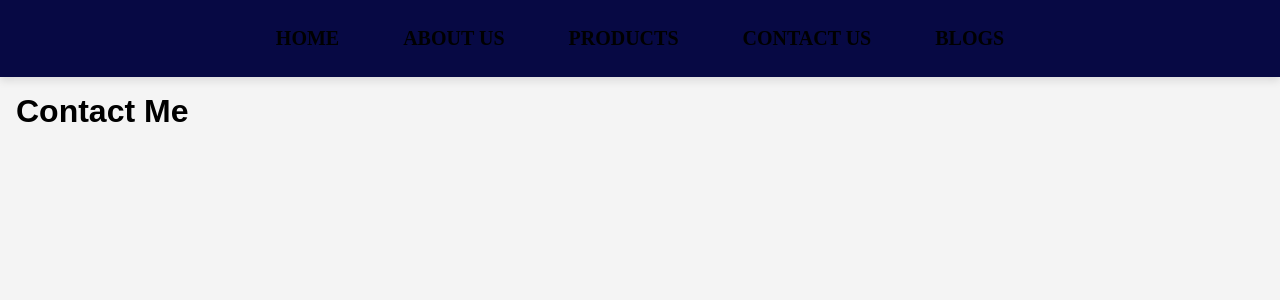
Repository: SharonSebastian32/ecommerce-web-using-react-framework
Page: /contact
An editor plug-in stored every save of this project. The page is shown before and after the next save, followed by the edit.
The browser window is 1280 px wide. The pictures show the whole page.
Some web fonts or font styles are not loaded; a fallback is used. The project was rebuilt for these pictures with package versions that can differ from the ones it lists, and the page was loaded fresh each time. Also part of the build but not shown: src/Style/homeStyle.css, src/pages/Home.jsx, src/pages/Blogs.jsx, src/pages/NoPage.jsx, src/pages/About.jsx, src/ProductPage/productCard.jsx, src/ProductPage/productPage.jsx, src/index.css.

Above is the page before, as saved 2024-07-02 11:27:24.

After the next save:
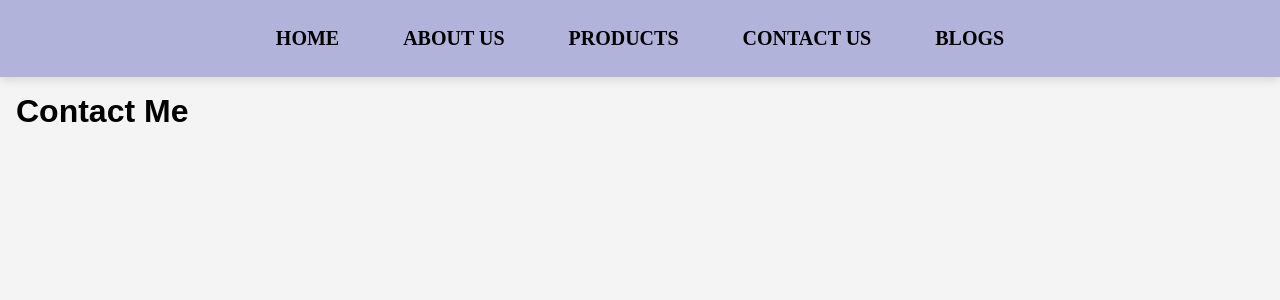
Saved 8 s later.
--- a/src/Style/layout1.css
+++ b/src/Style/layout1.css
@@ -8,7 +8,7 @@
     }
 
     nav {
-        background-color: #070944;
+        background-color: #b1b3db;
         box-shadow: 0 4px 8px rgba(0, 0, 0, 0.1);
     }
 
